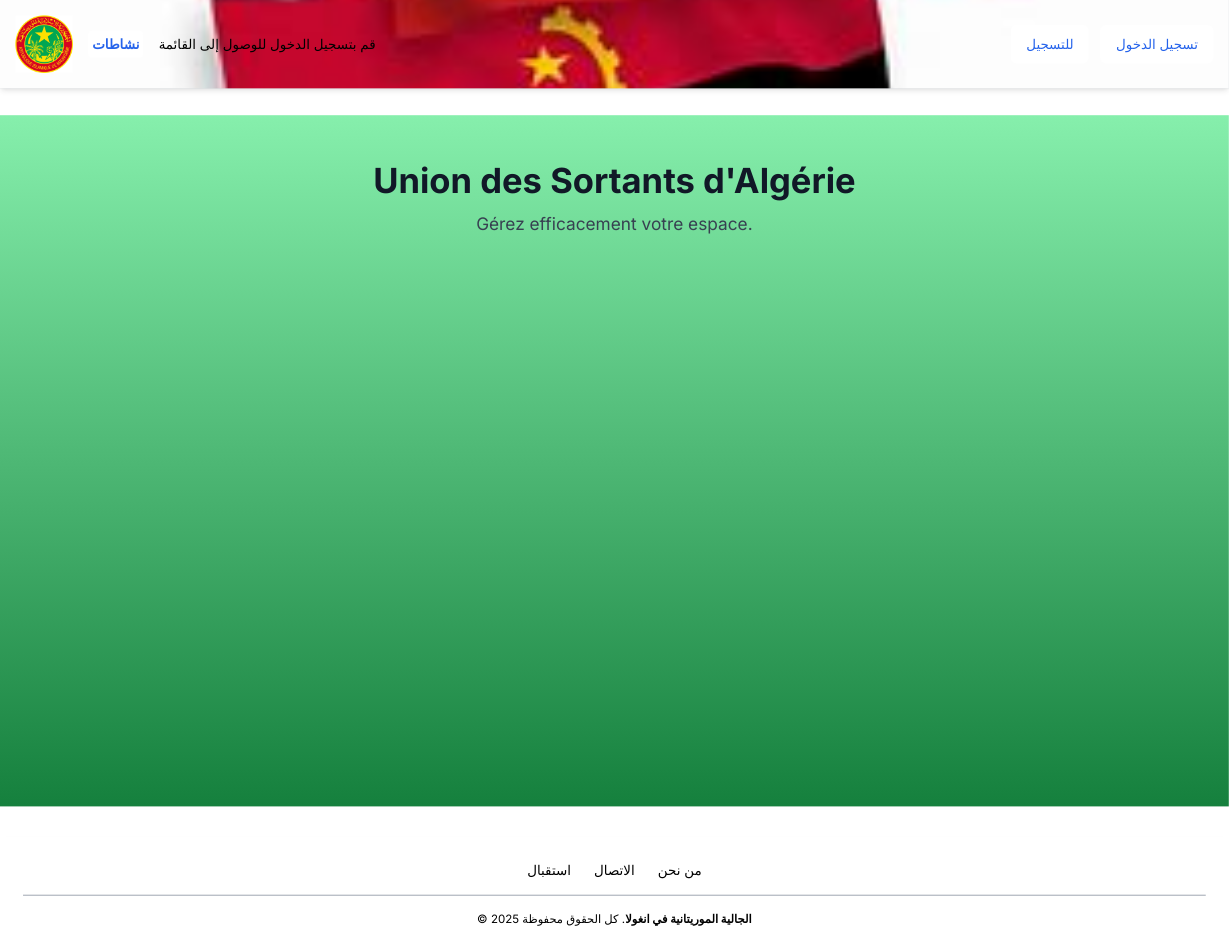
Repository: lamatmed/cmra
Page: /dashboard/espace-user
The author's editor kept a copy of each file at every save. The page is drawn from the files as they stood at one save, then again after the next save.
The browser window is 1280 px wide. The pictures show the whole page, at 96% of full size.
The project was rebuilt for these pictures with package versions that can differ from the ones it lists, and the page was loaded fresh each time. The framework's server and built-in components were replaced by stand-ins that run in the browser. Also part of the build but not shown: next.config.js, components/ui/dropdown-menu.tsx, components/ui/card.tsx.

Above is the page before, as saved 2025-04-12 20:33:42.

After the next save:
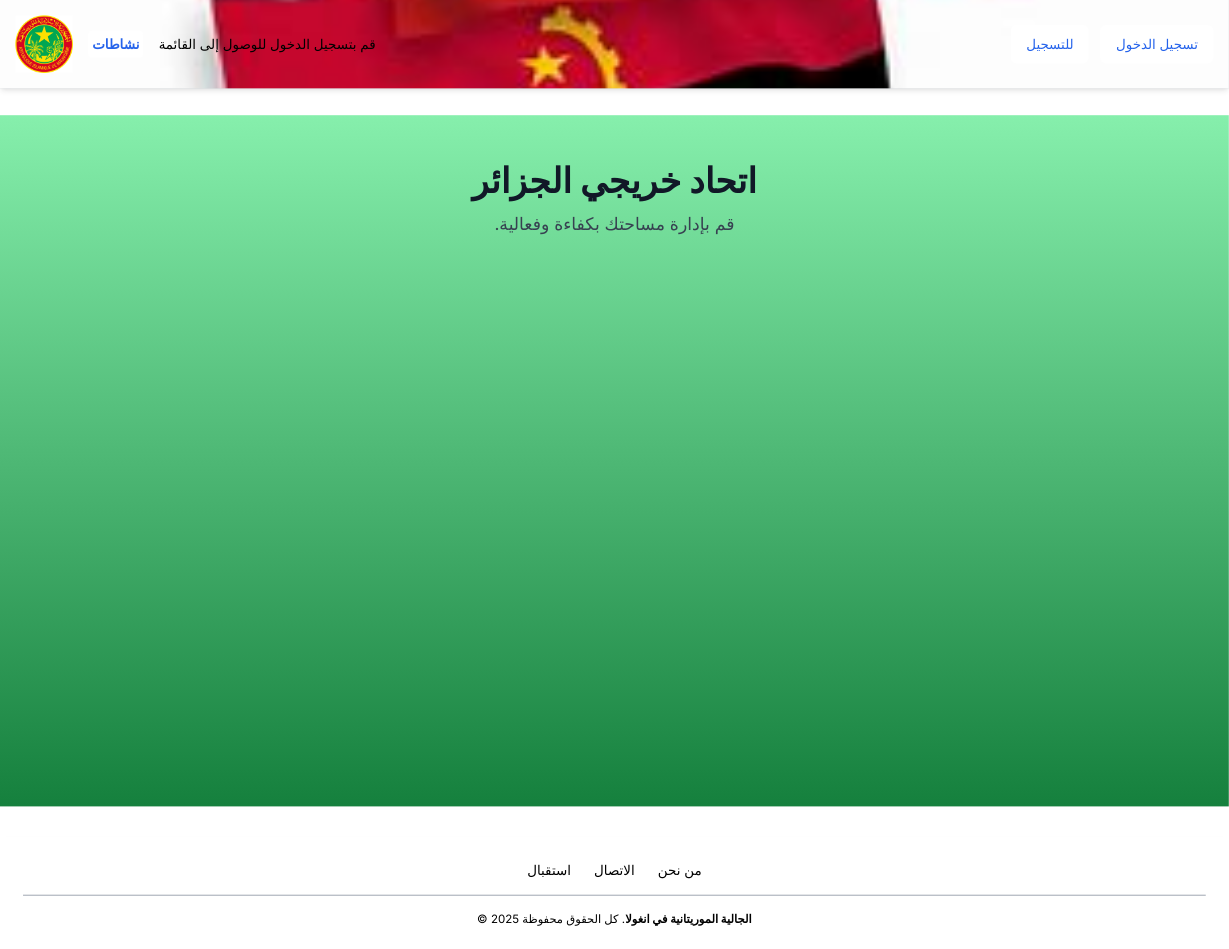
Saved 107 s later.
--- a/app/dashboard/espace-user/page.tsx
+++ b/app/dashboard/espace-user/page.tsx
@@ -9,7 +9,7 @@
   CardHeader,
   CardTitle,
 } from "@/components/ui/card";
-import { ComputerIcon, IdCard, Users } from "lucide-react";
+import { IdCard } from "lucide-react";
 import Link from "next/link";
 import { useContext } from "react";
 import { AuthContext } from "@/components/AuthContext";
@@ -17,8 +17,12 @@
 
 export default function Home() {
   const { user } = useContext(AuthContext) ?? {};
+
   return (
-    <main className="min-h-screen bg-gradient-to-b from-green-300 to-green-700 dark:from-gray-900 dark:to-gray-800 flex flex-col">
+    <main
+      className="min-h-screen bg-gradient-to-b from-green-300 to-green-700 dark:from-gray-900 dark:to-gray-800 flex flex-col"
+      dir="rtl"
+    >
       <div className="container mx-auto px-4 py-12 flex-1">
         <motion.div
           initial={{ opacity: 0, y: -20 }}
@@ -27,10 +31,10 @@
           className="text-center mb-12"
         >
           <h1 className="text-4xl font-bold text-gray-900 dark:text-white mb-3">
-            Union des Sortants d&apos;Algérie
+            اتحاد خريجي الجزائر
           </h1>
           <p className="text-lg text-gray-700 dark:text-gray-300">
-            Gérez efficacement votre espace.
+            قم بإدارة مساحتك بكفاءة وفعالية.
           </p>
         </motion.div>
 
@@ -43,13 +47,13 @@
                   <CardHeader>
                     <CardTitle className="flex items-center gap-2">
                       <FaRegUser className="h-6 w-6" />
-                      Modifier le profil
+                      تعديل الملف الشخصي
                     </CardTitle>
-                    <CardDescription>Gérer mon profil</CardDescription>
+                    <CardDescription>إدارة معلوماتي الشخصية</CardDescription>
                   </CardHeader>
                   <CardContent>
                     <Button asChild className="w-full">
-                      <Link href="/dashboard/espace-user/update">Accéder</Link>
+                      <Link href="/dashboard/espace-user/update">دخول</Link>
                     </Button>
                   </CardContent>
                 </Card>
@@ -60,13 +64,13 @@
                   <CardHeader>
                     <CardTitle className="flex items-center gap-2">
                       <FaVoteYea className="h-6 w-6" />
-                      Eléctions du Bureau
+                      انتخابات المكتب
                     </CardTitle>
-                    <CardDescription>Voter aux élections </CardDescription>
+                    <CardDescription>المشاركة في التصويت</CardDescription>
                   </CardHeader>
                   <CardContent>
                     <Button asChild className="w-full">
-                      <Link href="/dashboard/espace-user/votes">Accéder</Link>
+                      <Link href="/dashboard/espace-user/votes">دخول</Link>
                     </Button>
                   </CardContent>
                 </Card>
@@ -76,15 +80,14 @@
                 <Card className="hover:shadow-lg transition-shadow">
                   <CardHeader>
                     <CardTitle className="flex items-center gap-2">
-
-                      <IdCard className="h-6 w-6"  />
-                      Carte de Membre
+                      <IdCard className="h-6 w-6" />
+                      بطاقة العضوية
                     </CardTitle>
-                    <CardDescription>Votre carte  </CardDescription>
+                    <CardDescription>بطاقتك الخاصة كعضو</CardDescription>
                   </CardHeader>
                   <CardContent>
                     <Button asChild className="w-full">
-                      <Link href="/dashboard/espace-user/carte">Accéder</Link>
+                      <Link href="/dashboard/espace-user/carte">دخول</Link>
                     </Button>
                   </CardContent>
                 </Card>
